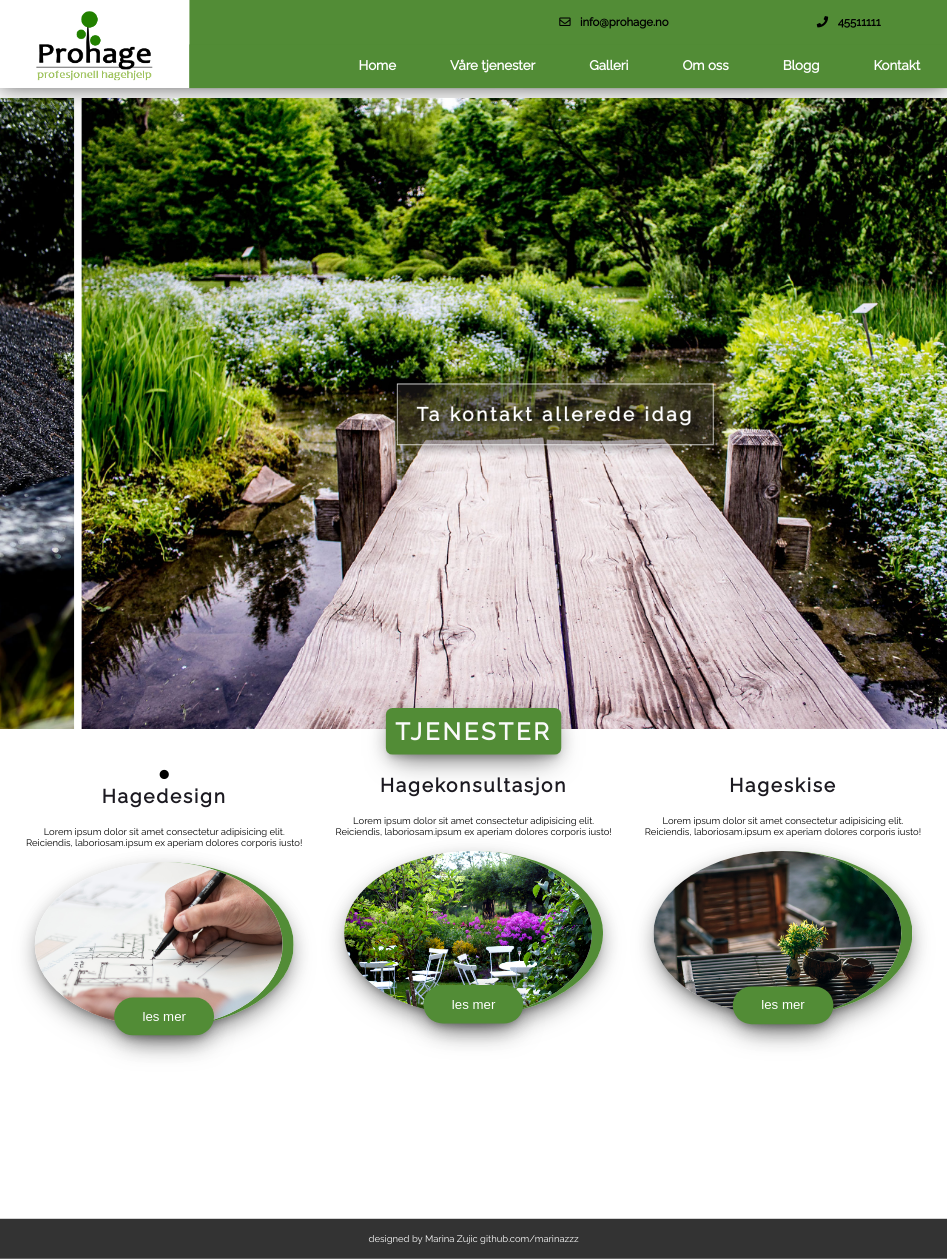
Repository: marinazzz/garden-design-website
Page: Garden design website/index.html
An editor plug-in stored every save of this project. The page is shown before and after the next save, followed by the edit.
The browser window is 1280 px wide. The pictures show the whole page, at 74% of full size.

Above is the page before, as saved 2020-04-01 09:35:19.

### Garden design website/index.html
<!DOCTYPE html>
<html lang="nb">
<head>
    <title>Hagedesign Oslo</title>
    <link rel="stylesheet" type="text/css" href="CSS/fontawesome-free-5.12.1-web/css/all.min.css">
    <link rel="stylesheet" type="text/css" href="CSS/style.css"/>
    <link rel="stylesheet" type="text/css" href="CSS/min-width-768px.css">
    <link rel="stylesheet" type="text/css" href="CSS/min-width-992px.css">
    <link rel="stylesheet" href="https://cdnjs.cloudflare.com/ajax/libs/animate.css/3.7.2/animate.min.css">
    <link rel="stylesheet" type="text/css" href="PLUGINS/glide-master/dist/css/glide.core.min.css" />
    <link rel="stylesheet" type="text/css" href="PLUGINS/glide-master/dist/css/glide.theme.min.css" />
    <link href="https://fonts.googleapis.com/css?family=Raleway&display=swap" rel="stylesheet">
    <meta name="viewport" content="width=device-width, initial-scale=1" charset="UTF-8">
</head>
<body>
    <header class="header--white-green">
        <div class="wrapper">
        <div class="container__menu--small container__menu"> <!--grid container-->
            <div class="container__logo"> <!--1.column-->
                <img class="logo"src="images/prohage black.png" alt="Prohage logo">
            </div>
            <div class="container__items--small container__items"> <!--2.column-->
                <div class="container__item"> <!--1.row-->
                     <a href="mailto:info@prohage.no"
                         class ="container__item-txt"><i class="far fa-envelope"></i>info@prohage.no</a>
                     <a href="tlf:45511111"
                         class="container__item-txt"><i class="fas fa-phone"></i>45511111</a>
                </div>
               <div class="container__item-bottom"> <!--2.row-->
                   <button class="menu__toggle">
                       <i class="fas fa-bars"></i>
                   </button>
                   <nav id="menu">
                        <ul class="menu__list">
                            <li class="menu__item">
                                <a class="menu__link" href="home">Home</a>
                            </li>
                            <li class="menu__item">
                                <a class="menu__link" href="#services">Våre tjenester</a>
                            </li>
                            <li class="menu__item">
                                <a class="menu__link" href="#gallery">Galleri</a>
                            </li>
                            <li class="menu__item">
                                <a class="menu__link" href="#about">Om oss</a>
                            </li>
                            <li class="menu__item">
                                <a class="menu__link" href="#blog">Blogg</a>
                            </li>
                            <li class="menu__item">
                                <a class="menu__link" href="kontakt">Kontakt</a>
                            </li>
                       </ul>
                   </nav>
               </div>
            </div>
            </div>
        </div>
        <section id="main-photo">
            <div class="glide">
                <div class="glide__track"
                     data-glide-el="track">
                    <ul class="glide__slides">
                        <li class="glide__slide">
                            <img class="main-photo__item"
                                 srcset="images/daylight-environment-garden-2000.jpg 2000w,
                                         images/daylight-environment-garden-1000.jpg 1000w"
                                 sizes="(min-width: 1440px) 2000px, 100vw"
                                 src="images/daylight-environment-garden-2000.jpg" alt="Garden and plants" />
                                 <h1 class="main-photo__title">Profesjonell hagehjelp</h1>
                        </li>
                        <li class="glide__slide">
                            <img class="main-photo__item"
                                 srcset="images/main-header-photo-2000.jpg 2000w,
                                          images/main-header-photo-1000.jpg 1000w"
                                 sizes="(min-width: 1440px) 2000px, 100vw"
                                 src="images/main-header-photo-2000.jpg" alt="Garden and plants" />
                                 <h1 class="main-photo__title">Ta kontakt allerede idag</h1>
                                </li>
                        <li class="glide__slide">
                            <img class="main-photo__item"
                                 srcset="images/header-photo-2000.jpg 2000w,
                                         images/header-photo-1000.jpg 1000w"
                                 sizes="(min-width: 1440px) 2000px, 100vw"
                                 src="images/header-photo-2000.jpg" alt="Garden designed by proffesional" />
                                 <h1 class="main-photo__title">Rådgiving og tipser</h1>
                        </li>
                        <li class="glide__slide">
                            <img class="main-photo__item"
                                 srcset="images/bloom-blooming-blur-2000.jpg 2000w,
                                         images/bloom-blooming-blur-1000.jpg 1000w"
                                 sizes="(min-width: 1440px) 2000px, 100vw"
                                 src="images/bloom-blooming-blur-2000.jpg" alt="Garden designed by proffesional" />
                                 <h1 class="main-photo__title">Følg vår hageblogg</h1>
                        </li>
                    </ul>
                </div>
                <!--<div class="glide__arrows"
                         data-glide-el="controls">
                        <button class="glide__arrow glide__arrow--left"
                                data-glide-dir="<">
                            <i class="fas fa-chevron-circle-left"></i>
                        </button>
                        <button class="glide__arrow glide__arrow--right"
                                data-glide-dir=">">
                            <i class="fas fa-chevron-circle-right"></i>
                        </button>
                    </div>-->
            </div>

            <!--<img class="main-photo__item1"
                 srcset="images/architecture-clouds-daylight-2000.jpg 2000w,
                         images/architecture-clouds-daylight-1000.jpg 1000w"
                 sizes="(min-width: 1440px) 2000px, 100vw"
                 src="images/architecture-clouds-daylight-2000.jpg" alt="Garden">
            <img class="main-photo__item2"
                 srcset="images/header-photo-2000.jpg 2000w,
                         images/header-photo-1000.jpg 1000w"
                 sizes="(min-width: 1440px) 2000px, 100vw"
                 src="images/header-photo-2000.jpg" alt="Garden designed by proffesional" >
            <img class="main-photo__item3"
                 srcset="images/main-header-photo-2000.jpg 2000w,
                         images/main-header-photo-1000.jpg 1000w"
                 sizes="(min-width: 1440px) 2000px, 100vw"
                 src="images/main-header-photo-2000.jpg" alt="Garden and plants" >
            <h1 class="main-photo__title">Profesjonell hagehjelp</h1>-->
        </section>
     </header>
     <main>
         <section id="services" class="section--white-green section-container">
            <h1 class="services-title">Tjenester</h1>
            <div class="section-wrapper">
            <section class="services-item">
                <i class="fas fa-circle"></i><h2 class="services-item-title">Hagedesign</h2>
                <p class="services-txt">Lorem ipsum dolor sit amet consectetur adipisicing elit. Reiciendis, laboriosam.ipsum ex aperiam dolores corporis iusto!</p>
                <div class="position-button">
                     <img class="services-photo" src="images/person-holding-black-pen-1109541.jpg" alt="Hagedesigner tegner">
                     <button class="services-toggle">les mer</button>
                </div>
            </section>
            <section class="services-item services-item--padding">
                <h2 class= "services-item-title">Hagekonsultasjon</h2>
                <p class="services-txt">Lorem ipsum dolor sit amet consectetur adipisicing elit. Reiciendis, laboriosam.ipsum ex aperiam dolores corporis iusto!</p>
                <div class="position-button">
                    <img class="services-photo" src="images/colorful-garden-1226667-1919x1272.jpg" alt="Hagekonsultasjon med hagedesigner"> <!--smaller picture than other 2-->
                    <button class="services-toggle">les mer</button>
                </div>
            </section>
            <section class="services-item services-item--padding">
                <h2 class="services-item-title">Hageskise</h2>
                <p class="services-txt">Lorem ipsum dolor sit amet consectetur adipisicing elit. Reiciendis, laboriosam.ipsum ex aperiam dolores corporis iusto!</p>
                <div class="position-button">
                    <img class="services-photo" src="images/selective-focus-photography-of-green-leafed-plant-on-table-1424464.jpg" alt="Hagedesigner hjelp">
                    <button class="services-toggle">les mer</button>
                </div>
            </section>
            </div>
         </section>
         <section id="gallery">

        </section>
         <article id="blog-posts">

         </article>
         <section id="about oss">

        </section>
     </main>
     <footer>
	     <p>designed by Marina Zujic
		     <a href="https://github.com/marinazzz">github.com/marinazzz</a>
	     </p>
     </footer>
     <script src="PLUGINS/glide-master/dist/glide.min.js"></script>
     <script>
        new Glide('.glide', {
            type: 'carousel',
            autoplay: true,
            hoverpause: false,
            perView: 1,
            animationDuration: 10000
        }).mount()
      </script>
     <script src="JS/js-app.js"></script>
</body>
</html>

### Garden design website/CSS/style.css
html {
  font-size: 62.5%;
}

body {
  margin: 0;
  padding: 0;
  text-align: center;
  box-sizing: border-box;
  font-family: 'Raleway', sans-serif;
}

       /*__ HEADER__ */

/*color styles*/
.header--white-green {
  --header-bg-color: #528C36;
  --header-link-color: black;
  --header-menu-link: #fff;
  --header-toggle-color: #528C36;
}

/*main style*/
.container__menu--small {
  display: flex;
  justify-content: space-around;
  box-shadow: 0 0 2rem 0 rgba(0, 0, 0, 0.24), 0 0 30rem 0 rgba(0, 0, 0, 0.2);
}

.logo {
  max-height: 8rem;
  background: white;
}

.container__items--small {
  display: grid;
  grid-template-rows: 1fr 1fr;
  align-content: flex-end;
  width: 250px;
}

.container__item {
  align-self: center;
}

.container__item,
.container__item-bottom {
  text-align: end;
}

.container__item-txt {
  color: var(--header-link-color);
  text-decoration: none;
  font-size: 1.2rem;
}

.container__item > a:first-of-type {
  padding-right: 1.6rem;
}

.container__item-bottom > nav {
  text-align: center;
}

.menu__toggle {
  color: var(--header-bg-color);
  box-sizing: border-box;
  border: none;
  background-color: transparent;
  outline: none;
  font-size: 3rem;
  line-height: 0;
  padding: 0.5rem;
  color: var(--header-toggle-color);
  position: relative;
  z-index: 100;
}

.fa-phone,
.fa-envelope {
  margin-right: 1rem;
}


/* MENU */

#menu {
  display: none;
  position: absolute;
  top: auto;
  left: 0;
  width: 100%;
  padding-top: 1rem;
  background-color: var(--header-bg-color);
  z-index: 20;
}

.menu__list {
  padding: 0;
  margin: 0;
  display: flex;
  flex-direction: column;
}

.menu__item {
  display: block;
  margin-bottom: 1rem;
}

.menu__link {
  color: var(--header-menu-link);
  text-decoration: none;
  font-size: 1.4rem;
}

#menu.menu-opened {
  display: block;
}


/*FOR SMALL DEVICES*/

@media screen and (max-width: 420px) {

  .logo {
    max-height: 7rem;
  }

  .container__items--small {
    width: auto;
    align-self: center;
  }

  .container__item > a:first-of-type {
    padding-right: 1.3rem;
  }

  .container__item {
    text-align: center;
  }

  .fa-phone, .fa-envelope {
    margin-right: 0.3rem;
  }
}

/* MAIN PICTURE */

#main-photo {
  width: 100%;
  padding-top: 1rem;
}

.main-photo__title {
  position: absolute;
  color: white;
  background-color:#524a4a3b;
  border: 0.1rem solid white;
  filter: drop-shadow(2px 4px 6px black);
  padding: 2rem;
  margin: 0 auto;
  font-size: 1.5rem;
  letter-spacing: 0.2rem;
  top: 50%;
  left: 50%;
  transform: translate(-50%, -50%);
}



/* GLIDE SLIDER CSS OVERRIDES */

.glide__slides {
  margin: 0;
}

.glide__slide {
  position: relative;
}

/*#main-photo .glide__arrow  {
  font-size: 4rem;
  padding: 0;
  border-color: transparent;
  box-shadow: none;
  border-radius: 50%;
  line-height: 0;
  transition: all 200ms ease-in-out;
}

#main-photo .glide__arrow:hover {
  border-color: #252525;
  color: #252525;
}*/



/*#main-photo {
  position: relative;
}

.main-photo__item {
   width: 100%;
}

.main-photo__title {
  position: absolute;
  bottom: 1rem;
  left: 20rem;
  font-size: 2rem;
}*/



/*1. COLOR OPTION*/
/* CSS variables*/
/* :root {
  --header-bg-color: #4daa57;
  --header-top-bg-color: #252525;
  --header-toggle-color: #fff;
}*/

/*.top-header__item {
  color: var(--header-link-color);
  text-decoration: none;
  font-size: 1.4rem;
}*/


/*------MAIN----------*/

/* SECTIONS */

/*Common styles for sections*/

/*color styles*/
.section--white-green {
  --section-bg: #FAFAFA;
  --section-title-bg: #528C36;
  --section-border-color: #528C36;
  --section-h2-color: #1C1A21;
  --buttons-services-color: #528C36;
}

/*layout*/
.section-wrapper {
  padding: 1rem 1rem 0 1rem;
  display: flex;
  flex-direction: column;
}

/*#services, #gallery, #reviews, #about {
  padding: 0.5rem;
  background: var(--section-bg);
}*/

/*.services-title, .gallery-title, .about-title {
  font-size: 2.5rem;
  margin: 0 9rem;
  padding-top: 1.6rem;
  letter-spacing: 0.32rem;
  border-bottom: var(--section-border-color) solid 0.25rem;
}*/


/* SECTION SERVICES */

.services-title {
  font-size: 2.5rem;
  position: absolute;
  left: 50%;
  transform: translate(-50%, -50%);
  border-radius: 0.7rem;
  color: #fafafa;
  background: var(--section-title-bg);
  letter-spacing: 0.32rem;
  padding: 1rem;
  margin: 0 auto;
  text-transform: uppercase;
}

.services-title,
.services-photo,
.services-toggle {
  box-shadow: 0 16px 38px -12px rgba(0, 0, 0, 0.56), 0 4px 25px 0px rgba(0, 0, 0, 0.12), 0 8px 10px -5px rgba(0, 0, 0, 0.2);
}
.services-txt {
  margin: 0;
  padding: 1.5rem;
}

.services-item {
  padding-top: 3rem;
}

.services-item-title {
  margin: 0.5rem 0 0.5rem 0;
  font-size: 2rem;
}

.services-photo {
  overflow: hidden;
  border-radius: 50%;
  border-right: solid 1.2rem var(--section-border-color);
  width: 80%;
}

.services-item-title {
  color: var(--section-h2-color);
  letter-spacing: 0.2rem;
}

.services-toggle {
  background: var(--buttons-services-color);
  border-radius: 3rem;
  box-sizing: border-box;
  border: none;
  font-size: 1.4rem;
  padding: 1.2rem 3rem;
  color: #fff;
}

.position-button {
  position: relative;
}

.position-button > button {
  position: absolute;
  bottom: -15%;
  left: 50%;
  transform: translate(-50%, -50%);
}

.services-item--padding {
  padding-top: 6rem;
}


/*FOOTER*/

footer {
  background: #333333;
  padding: 0.5rem;
  margin-top: 20rem; /*temporary*/
  color: white;
}

footer a {
  color: white;
  text-decoration: none;
}

### Garden design website/CSS/min-width-768px.css
@media screen and (min-width: 768px) {

  html {
    font-size: 70%;
  }

   /* HEADER */


   .container__menu,
   .container__items {
    display: grid;
   }

   .container__menu {
    grid-template-columns: 2fr 80%;
    box-shadow: 0 0 2rem 0 rgba(0, 0, 0, 0.62), 0 0 30rem 0 rgba(0, 0, 0, 0.19);
  }

  .container__items {
    grid-template-rows: 1fr 1fr;
    background: var(--header-bg-color);
    width: auto;
  }

  .container__item,
  .container__item-bottom {
    display: flex;
  }

  .container__item {
    align-self: center;
    justify-content: space-around;
    /*padding-left: 23rem;*/
  }

  .container__item > a:first-of-type {
    padding-left: 10rem;
  }

  .container__item-bottom {
    align-items: center;
  }

  .menu__toggle {
    display: none;
  }

  /* NAVIGATION */

  #menu,
  .menu-opened .menu__item .menu__link {
    display: block;
  }

  #menu {
    position: static;
    padding: 0;
    top: 0;
  }

  #menu,
  .menu_list {
    height: 100%;
  }

  .menu__list {
    height: 100%;
    flex-direction: row;
    justify-content: center;
    align-items: center;
    padding-left: 5rem;
  }

  .menu__item {
    height: 100%;
    display: block;
    flex-grow: 1;
    margin: 0;
    line-height: 4.5rem;
  }

  .menu__item:hover {
    background-color:#272727;
  }

  .menu__link:active {
    color:black;
  }

  .menu__link,
  .container__item-txt {
    font-weight: bold;
  }

  /* color styles */

  :root {
    /*header*/
    --header-bg-color:#528C36;
    --link-color: #FCFDF9;
  }

  /* MAIN PHOTO */

  .main-photo__title {
    font-size: 2rem;
    letter-spacing: 0.3rem;
}


/* SECTIONS */

/*Common styles for sections*/
/*layout*/
.section-wrapper {
  flex-direction: row;
}

.services-item--padding {
  padding-top: 0;
}

.services-item {
  padding-top: 3rem;
}

}

### Garden design website/CSS/min-width-992px.css
@media screen and (min-width: 992px) {
    html {
        font-size: 80%;
    }

   /* HEADER */

    .logo {
        max-height: 9rem;
    }

    .container__items {
        width: auto;
    }

    .container__item {
        padding-left: 22rem;;
    }

    .container__item-bottom,
    .container__items {
        padding: 0;
    }

    #menu {
        padding-left: 10rem;
    }
}

@media screen and (min-width: 1440px) {

    /* HEADER */
    .container__menu {
        max-width: 1500px;
        margin: 0 auto;
    }

    .container__item {
        padding-left: 47rem;;
    }

    #menu {
        padding-left: 30rem;
    }


    /* MAIN PHOTO */

    .main-photo__title {
        font-size: 3rem;
        letter-spacing: 0.5rem;
    }
}

@media screen and (min-width: 2560px) {

    .logo {
        max-height: 12rem;
    }

    .container__item {
        justify-self: center;
    }

    .container__item > a:first-of-type {
        padding: 0 13rem;
    }

    .container__item-bottom {
        padding: 0 40rem;
    }

    /*content on middle*/

    .container__menu {
        max-width: 2000px;
    }

    .container__item-bottom,
    .container__items {
        padding: 0;
    }

    #menu,
    .container__item {
        padding-left: 50rem;
    }

    .section-container {
        max-width: 2000px;
        margin: 0 auto;
    }
}

### Garden design website/JS/js-app.js
let mainNav = document.getElementById("menu");

let navBarToggle = document.querySelector(".menu__toggle");

navBarToggle.addEventListener("click", function () {

    mainNav.classList.toggle("menu-opened");
});

Loaded but not shown: Garden design website/CSS/fontawesome-free-5.12.1-web/css/all.min.css (library); Garden design website/PLUGINS/glide-master/dist/css/glide.core.min.css (common file); Garden design website/PLUGINS/glide-master/dist/css/glide.theme.min.css (common file); Garden design website/PLUGINS/glide-master/dist/glide.min.js (library)

After the next save:
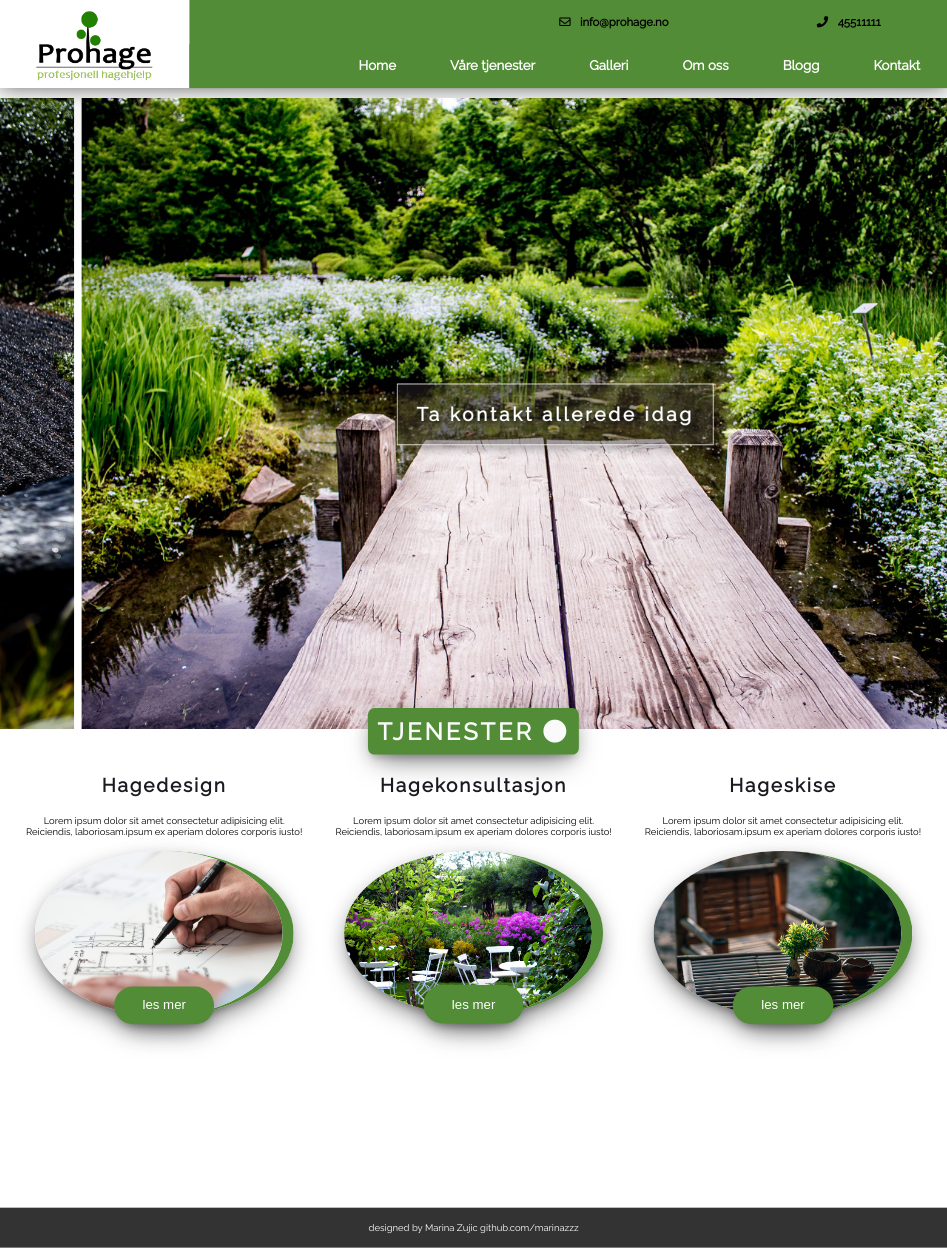
Saved 2 min 0 s later.
--- a/Garden design website/index.html
+++ b/Garden design website/index.html
@@ -128,10 +128,12 @@
      </header>
      <main>
          <section id="services" class="section--white-green section-container">
-            <h1 class="services-title">Tjenester</h1>
+            <h1 class="services-title">Tjenester
+                <i class="fas fa-circle"></i>
+            </h1>
             <div class="section-wrapper">
             <section class="services-item">
-                <i class="fas fa-circle"></i><h2 class="services-item-title">Hagedesign</h2>
+                <h2 class="services-item-title">Hagedesign</h2>
                 <p class="services-txt">Lorem ipsum dolor sit amet consectetur adipisicing elit. Reiciendis, laboriosam.ipsum ex aperiam dolores corporis iusto!</p>
                 <div class="position-button">
                      <img class="services-photo" src="images/person-holding-black-pen-1109541.jpg" alt="Hagedesigner tegner">
